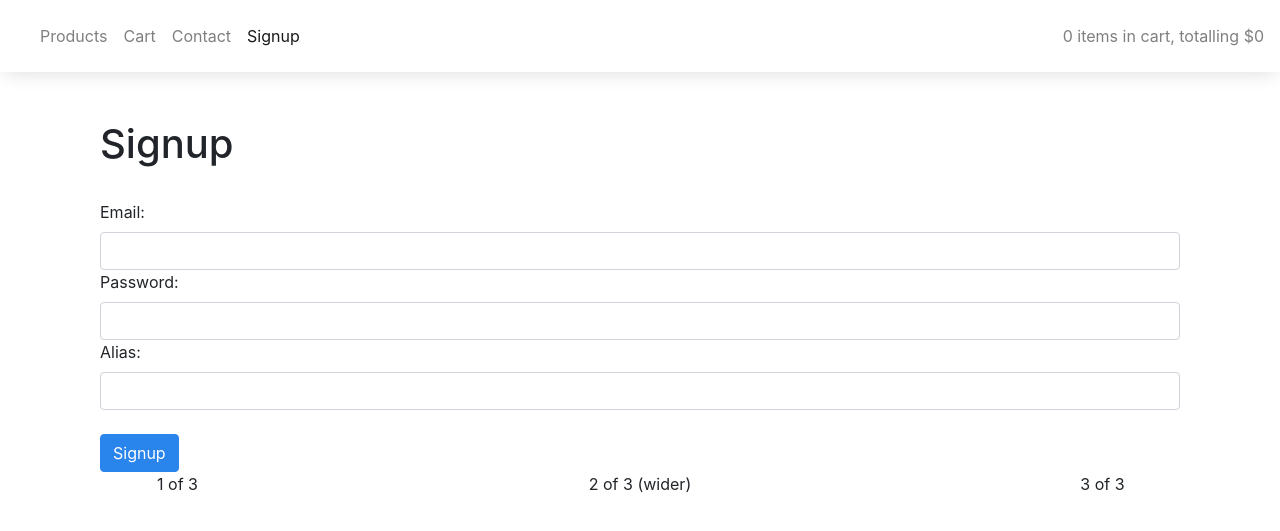
Repository: dayrim/wavecraft
Page: /signup
These files come from the project's save history. The page is drawn as it stood at one moment and after the next save; the edit follows.
The browser window is 1280 px wide. The pictures show the whole page.
The project was rebuilt for these pictures with package versions that can differ from the ones it lists, and the page was loaded fresh each time. Also part of the build but not shown: vue.config.js.

Above is the page before, as saved 2019-04-22 16:15:12.

After the next save:
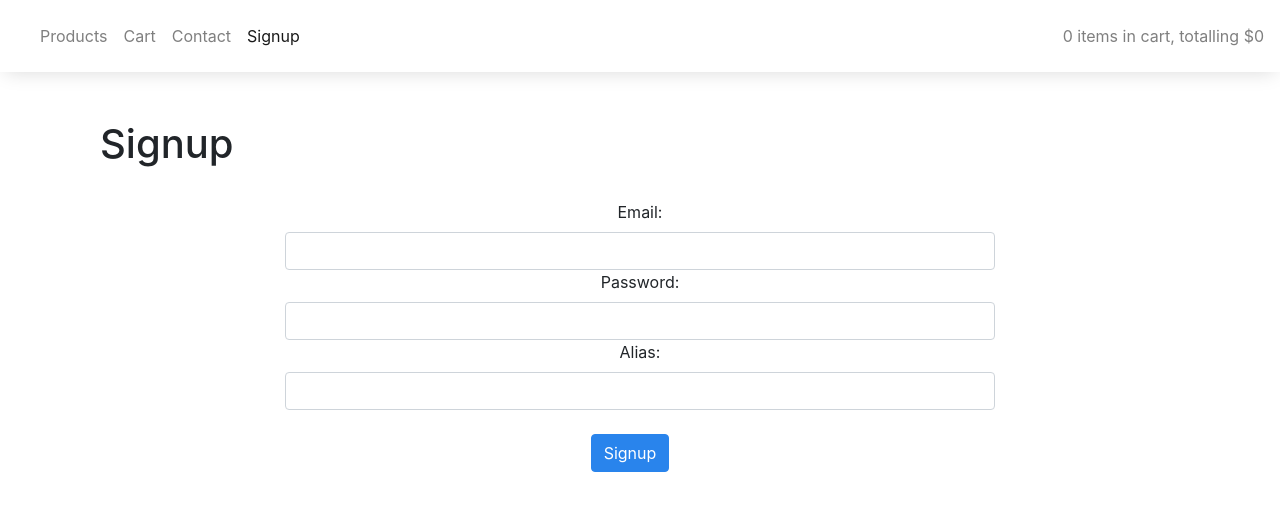
Saved 19 s later.
--- a/src/components/Signup.vue
+++ b/src/components/Signup.vue
@@ -2,19 +2,20 @@
   <b-container>
     <h1>Signup</h1>
     <br />
-    <label for="email">Email:</label>
-    <b-form-input id="email" type="text"></b-form-input>
-    <label for="password">Password:</label>
-    <b-form-input id="password" type="text"></b-form-input>
-    <label for="alias">Alias:</label>
-    <b-form-input id="alias" type="text"></b-form-input>
-    <br />
-    <b-button variant="primary">Signup</b-button>
 
     <b-row class="text-center">
-      <b-col>1 of 3</b-col>
-      <b-col cols="8">2 of 3 (wider)</b-col>
-      <b-col>3 of 3</b-col>
+      <b-col></b-col>
+      <b-col cols="8">
+        <label for="email">Email:</label>
+        <b-form-input id="email" type="text"></b-form-input>
+        <label for="password">Password:</label>
+        <b-form-input id="password" type="text"></b-form-input>
+        <label for="alias">Alias:</label>
+        <b-form-input id="alias" type="text"></b-form-input>
+        <br />
+        <b-button variant="primary">Signup</b-button></b-col
+      >
+      <b-col></b-col>
     </b-row>
   </b-container>
 </template>
